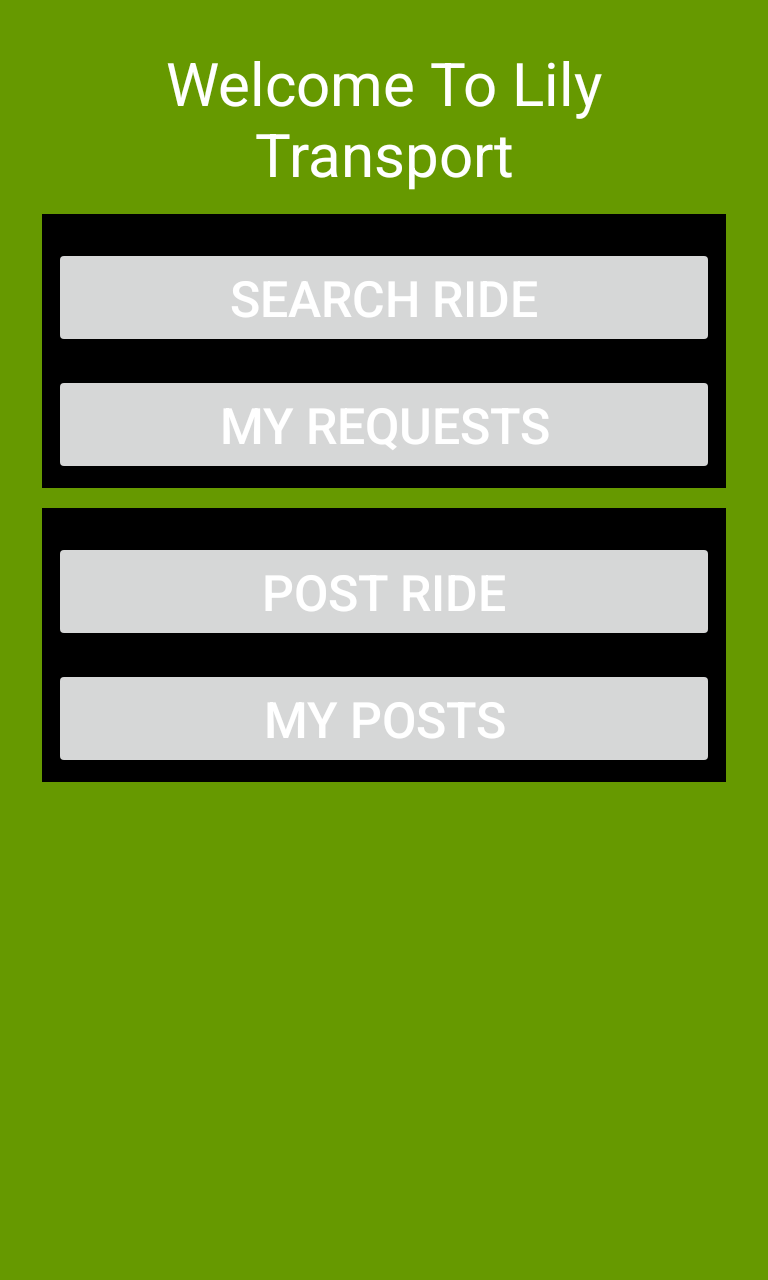
Repository: bwoldemi/LilyTrans
Layout: TransLily/res/layout/activity_main.xml
These files come from the project's save history. The layout is drawn as it stood at one moment and after the next save; the edit follows.
It is drawn on a 768 x 1280 px phone screen (xhdpi) without system bars, with theme AppTheme; the app's code is not run.

Above is the layout before, as saved 2014-11-10 20:42:56.

After the next save:
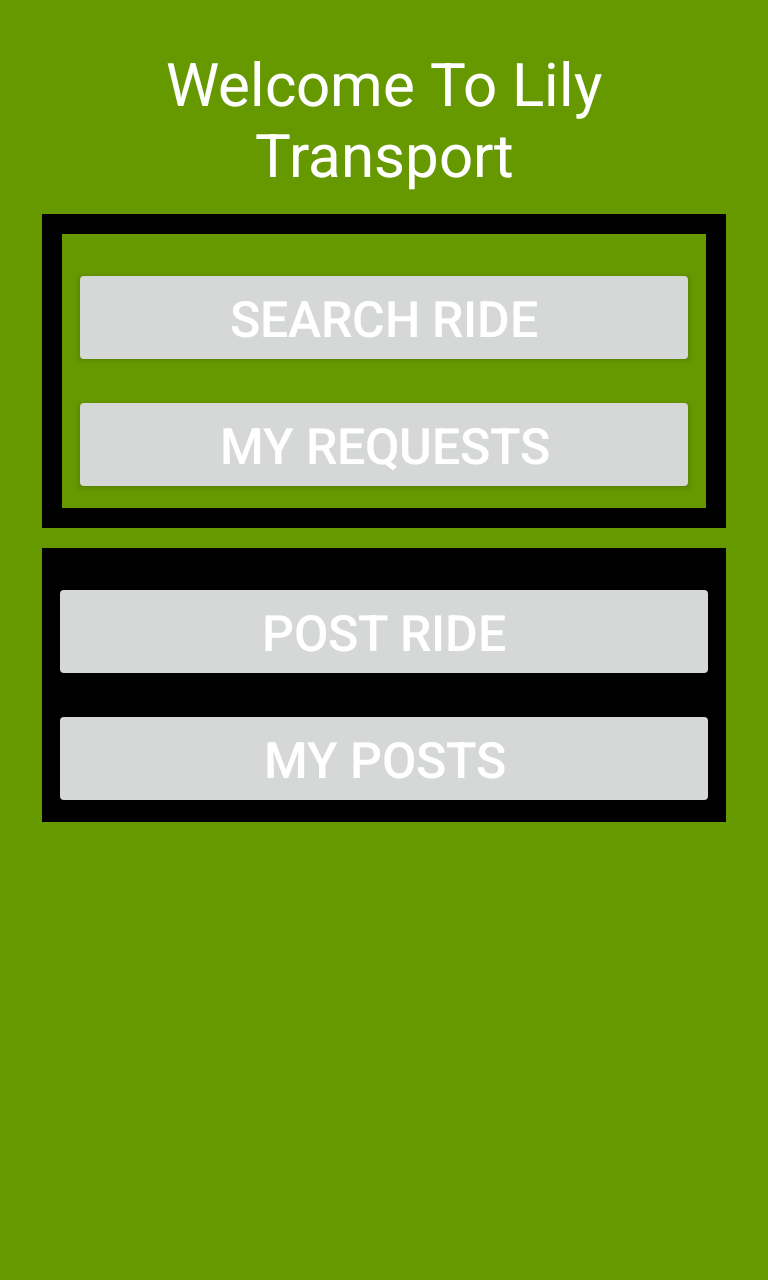
Saved 2 min 55 s later.
--- a/TransLily/res/layout/activity_main.xml
+++ b/TransLily/res/layout/activity_main.xml
@@ -31,7 +31,14 @@
             android:orientation="vertical"
             android:padding="5sp"
              >
-
+		 <LinearLayout
+            android:layout_width="fill_parent"
+            android:layout_height="wrap_content"
+            android:layout_margin="5sp"
+            android:background="@color/background"
+            android:orientation="vertical"
+            android:padding="5sp"
+             >
             <Button
                 android:layout_width="fill_parent"
                 android:layout_height="wrap_content"
@@ -49,6 +56,7 @@
                 android:text="@string/My_request_rides"
                 android:textColor="#FFF"
                 android:textSize="25sp" />
+            </LinearLayout>
         </LinearLayout>
 
         <LinearLayout
